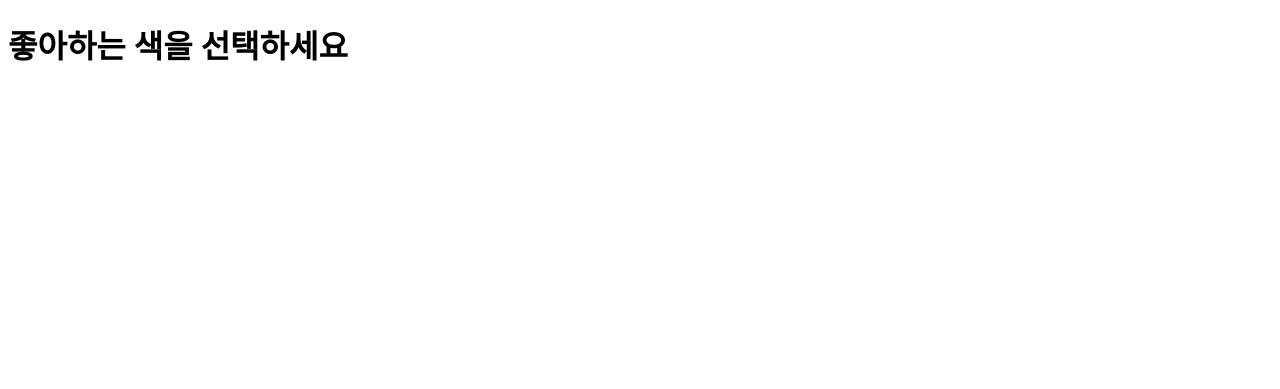
Repository: SongHyeSun/JSP
Page: jspSrc17/och02/src/main/webapp/color.html
An editor plug-in stored every save of this project. The page is shown before and after the next save, followed by the edit.
The browser window is 1280 px wide. The pictures show the whole page.

Above is the page before, as saved 2024-07-09 02:35:02.

After the next save:
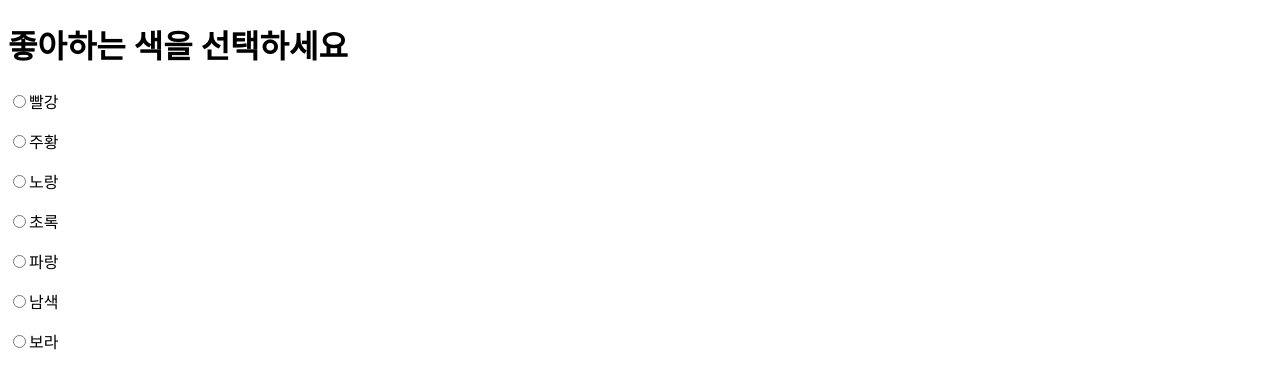
Saved 4 min 15 s later.
--- a/jspSrc17/och02/src/main/webapp/color.html
+++ b/jspSrc17/och02/src/main/webapp/color.html
@@ -6,6 +6,12 @@
 </head>
 <body>
 	<h1>좋아하는 색을 선택하세요</h1>
-
+	<label><input type="radio" name="color" value="red">빨강</label><p>
+	<label><input type="radio" name="color" value="orange">주황</label><p>
+	<label><input type="radio" name="color" value="yellow">노랑</label><p>
+	<label><input type="radio" name="color" value="green">초록</label><p>
+	<label><input type="radio" name="color" value="blue">파랑</label><p>
+	<label><input type="radio" name="color" value="navy">남색<label><p>
+	<label><input type="radio" name="color" value="violet">보라</label><p>
 </body>
 </html>
